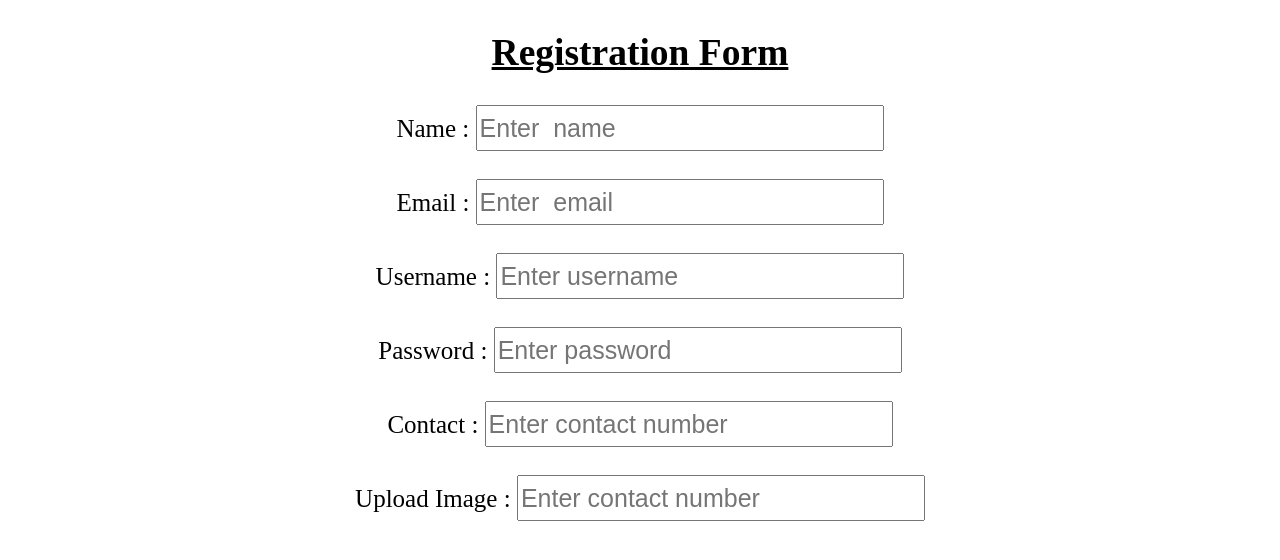
Repository: umeshkumarchamp/SpringMVC
Page: http://localhost/webapp/WEB-INF/views/home.jsp
These files come from the project's save history. The page is drawn as it stood at one moment and after the next save; the edit follows.
The browser window is 1280 px wide. The pictures show the whole page.
The page is served by Tomcat 9. Nobody is signed in. Other server files are loaded and not shown. The template is opened directly, without the code that normally fills it, so the values that code supplies are empty.

Above is the page before, as saved 2023-11-23 05:58:05.

### webapp/src/main/webapp/WEB-INF/views/home.jsp
<%@page contentType="text/html" pageEncoding="UTF-8"%>
<!DOCTYPE HTML PUBLIC "-//W3C//DTD HTML 4.01 Transitional//EN"
   "http://www.w3.org/TR/html4/loose.dtd">

<html>
<head>
<meta http-equiv="Content-Type" content="text/html; charset=UTF-8">
<title>Home</title>
</head>
<body style="font-size: 25px;">
	<form style="text-align: center">
		<h2>
			<u>Registration Form</u>
		</h2>
		<label>Name : </label> <input type="text" name="name" value=""
			style="font-size: 25px; width: 400px; height: 40px;"
			placeholder="Enter  name " /><br>
		<br> <label>Email : </label> <input type="email" name="email"
			value="" style="font-size: 25px; width: 400px; height: 40px;"
			placeholder="Enter  email" /><br>
		<br> <label>Username : </label> <input type="text"
			name="username" value=""
			style="font-size: 25px; width: 400px; height: 40px;"
			placeholder="Enter username " /><br>
		<br> <label>Password : </label> <input type="password"
			name="password" value=""
			style="font-size: 25px; width: 400px; height: 40px;"
			placeholder="Enter password " /><br>
		<br> <label>Contact : </label> <input type="number"
			name="contact" value=""
			style="font-size: 25px; width: 400px; height: 40px;"
			placeholder="Enter contact number " /><br>
		<br> <label>Upload Image : </label> <input type="fiile"
			name="contact" value=""
			style="font-size: 25px; width: 400px; height: 40px;"
			placeholder="Enter contact number " /><br>
		<br>

	</form>
</body>
</html>

After the next save:
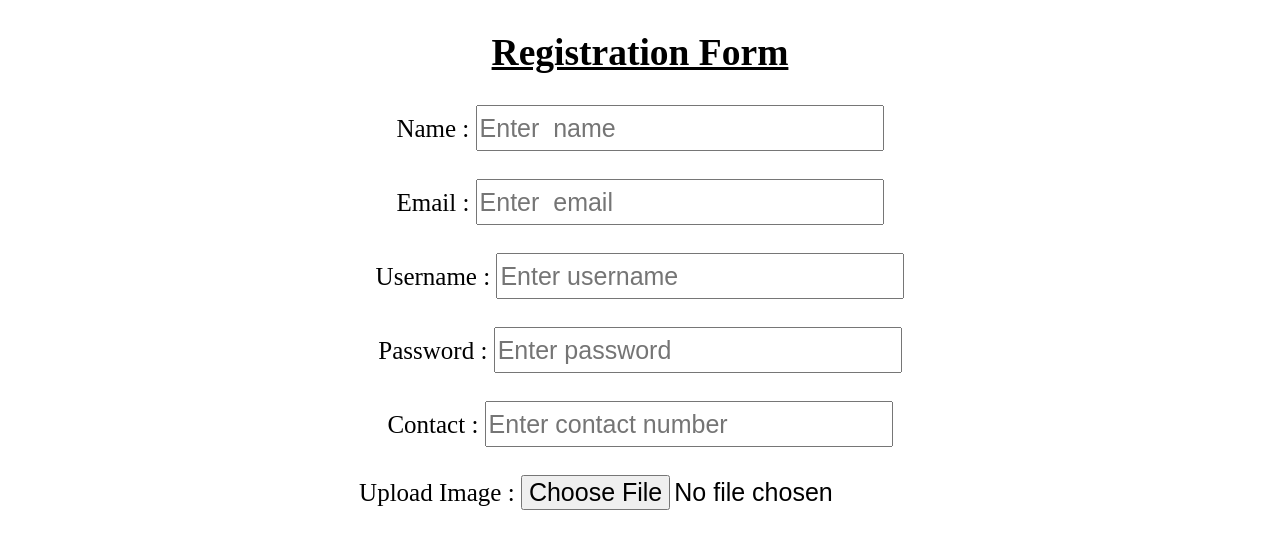
Saved 4 s later.
--- a/webapp/src/main/webapp/WEB-INF/views/home.jsp
+++ b/webapp/src/main/webapp/WEB-INF/views/home.jsp
@@ -30,7 +30,7 @@
 			name="contact" value=""
 			style="font-size: 25px; width: 400px; height: 40px;"
 			placeholder="Enter contact number " /><br>
-		<br> <label>Upload Image : </label> <input type="fiile"
+		<br> <label>Upload Image : </label> <input type="file"
 			name="contact" value=""
 			style="font-size: 25px; width: 400px; height: 40px;"
 			placeholder="Enter contact number " /><br>
